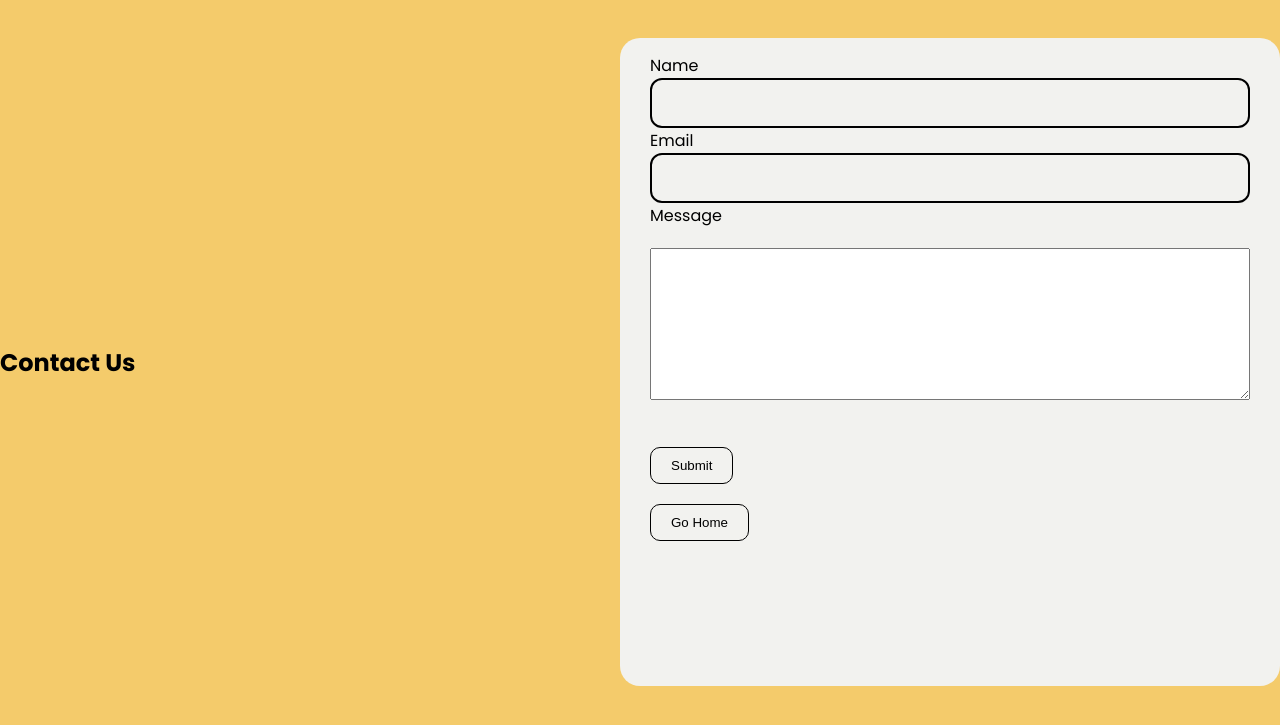
Repository: ble-syn/Random-user-generator-app
Page: /contact
These files come from the project's save history. The page is drawn as it stood at one moment and after the next save; the edit follows.
The browser window is 1280 px wide. The pictures show the whole page.
The project was rebuilt for these pictures with package versions that can differ from the ones it lists, and the page was loaded fresh each time. Also part of the build but not shown: src/components/Navbar.jsx, src/components/pagination.jsx, src/components/ErrorFallback.jsx, src/components/User.jsx, src/pages/Home.jsx, src/pages/About.jsx, src/pages/Vision.jsx, src/pages/Mission.jsx and 1 more.

Above is the page before, as saved 2022-10-28 19:16:19.

### src/index.css
@import url("https://fonts.googleapis.com/css2?family=Poppins:ital,wght@0,200;0,300;0,400;0,500;0,600;0,700;1,400&display=swap");
*{
  margin: 0;
  padding: 0;
  box-sizing: border-box;
}
a {
  text-decoration: none;
  color: #000;
}
ul{
  list-style: none;
}
body {
  background-color: #F4CB6B;
  font-family: "Poppins", sans-serif;
}
button {
  margin-top: 20px;
  padding:10px 20px;
  background: none;
  border-radius: 10px;
  border: 1px solid black;
}

.container {
  width: 100%;
  max-width: 1300px;
  margin: 3% auto;

}

nav {
  display: flex;
  justify-content: first baseline;
  margin-bottom: 100px;
}
.logo{
  margin-right: 5px;
}
.menu {
  margin: 0 20px;
}

.home-container{
  display: flex;
  align-items: center;
}
/* LEFT STYLES */
#left {
  flex: 5;
}
#left h1 {
  font-size: 3rem;
  font-weight: 700;
  margin-bottom: 20px;
}
#left p {
  font-size: 1.2rem;
  margin-bottom: 20px;
}
.search-input {
  width: 80%;
  background-color: #dadada;
  border-radius: 12px;
  border: none;
  display: flex;
  place-items: center;
  padding-left: 15px;
  margin: 50px 0;
}
input {
  border: none;
  border-radius: 12px;
  background-color: inherit;
  width: 100%;
  height: 50px;
  padding-left: 5px;
  font-size: 20px;
}
input:focus {
  outline: none;
}
input::placeholder {
  color: #171717;
}
.user-link-cont {
  margin-top: 70px;
}
.user-link{
  margin-right: 80px;
  padding: 30px;
  border-radius: 10px;
  color: #FFF;
  cursor: pointer;
  border: none;
  box-shadow: 0px 2px 5px  rgba(0, 0, 0, 0.5);
}
.all-user {
  background-color: #BF9679;
}
.f-user{
  background-color: #F97661;
}
.m-user{
background-color: #8DCC50;
}

#right{
  height: 90vh;
  flex: 5;
  margin-left: 20px;
  background-color: #F2F2EF;
  border-radius: 20px;
  padding: 15px 30px;

}

.usercard {
  background-color: #F2F2EF;
  border-radius: 20px;
  display: flex;
  justify-content: space-between;
  align-items: center;
  padding: 20px;
  margin: 20px 0;
  box-shadow: 0px 2px 5px rgba(0, 0, 0, 0.5);
}

.usercard img {
 border: 5px solid #BF9679;;
  border-radius: 50%;
  margin: 5px 0;
}

.pagination {
  display: flex;
  justify-content: center;
  align-items: center;
  gap: 12px;
  margin: 20px 0;
}

.pagination-num {
  display: flex;
  justify-content: center;
  align-items: center;
  gap: 12px;
}

.pagination-child,
.prev,
.next {
  opacity: 1;
  border: 1px solid #000;
  padding: 8px 16px;
  cursor: pointer;
  border-radius: 10px;
  transition: all 0.3s ease;
}

.pagination-child:hover,
.prev:hover,
.next:hover {
  transform: scale(1.1);
}

.disabled {
  opacity: 0.5;
  cursor: not-allowed;
}
.notfound {
  display: flex;
  flex-direction: column;
  justify-content: center;
  align-items: center;
  height: 70vh;
  font-size: 2rem;
  font-weight: 700;
}
.notfound img{
  height: 200px;
}

input {
  border: 2px solid black;
}
textarea {
  width: 100%;
  margin: 20px 0;
}

### src/App.js
import { BrowserRouter as Router, Routes, Route, Navigate} from "react-router-dom";
import Navbar from "./components/Navbar";
import Home from "./pages/Home";
import About from "./pages/About";
import Policy from "./pages/Vision";
import Terms from "./pages/Mission";
import Contact from "./pages/Contact";
import NotFound from "./pages/NotFound";
import Mission from "./pages/Mission";
import Vision from "./pages/Vision";

function App() {
  return (
    <div className="container">
      <Router>
        <Routes>
          <Route path="/" element={<Home />} />
          <Route path="/about" element={<About />}>
            <Route path="mission" element={<Mission />} />
            <Route path="vision" element={<Vision />} />
          </Route>
          <Route path="/contact" element={<Contact />} />
          <Route path="/not-found" element={<NotFound />} />
          <Route path="*" element={<Navigate to="/not-found" />} />
        </Routes>
      </Router>

    </div>
  );
}

export default App;

### src/pages/Contact.jsx
import React from "react";
import {useNavigate} from "react-router-dom";

function Contact() {
  const navigate = useNavigate()
  const  goHome =(event) =>{
    event.preventDefault()
    navigate("/")
}
  return (
    <div className="home-container">
      <div id="left">
        <h2>Contact Us</h2>
      </div>

      <div id="right">
       <form>
          <label htmlFor="name">Name</label>
          <input type="text" name="name" id="name" />
          <label htmlFor="email">Email</label>
          <input type="email" name="email" id="email" />
          <label htmlFor="message">Message</label>
          <textarea name="message" id="message" cols="30" rows="10"></textarea> <br />
          <button type="submit">Submit</button>
       </form>
        <button onClick={goHome}>Go Home</button>
      </div>
    </div>
  );
}

export default Contact;

Loaded but not shown: public/index.html (common file); src/index.js (common file); src/reportWebVitals.js (common file)

After the next save:
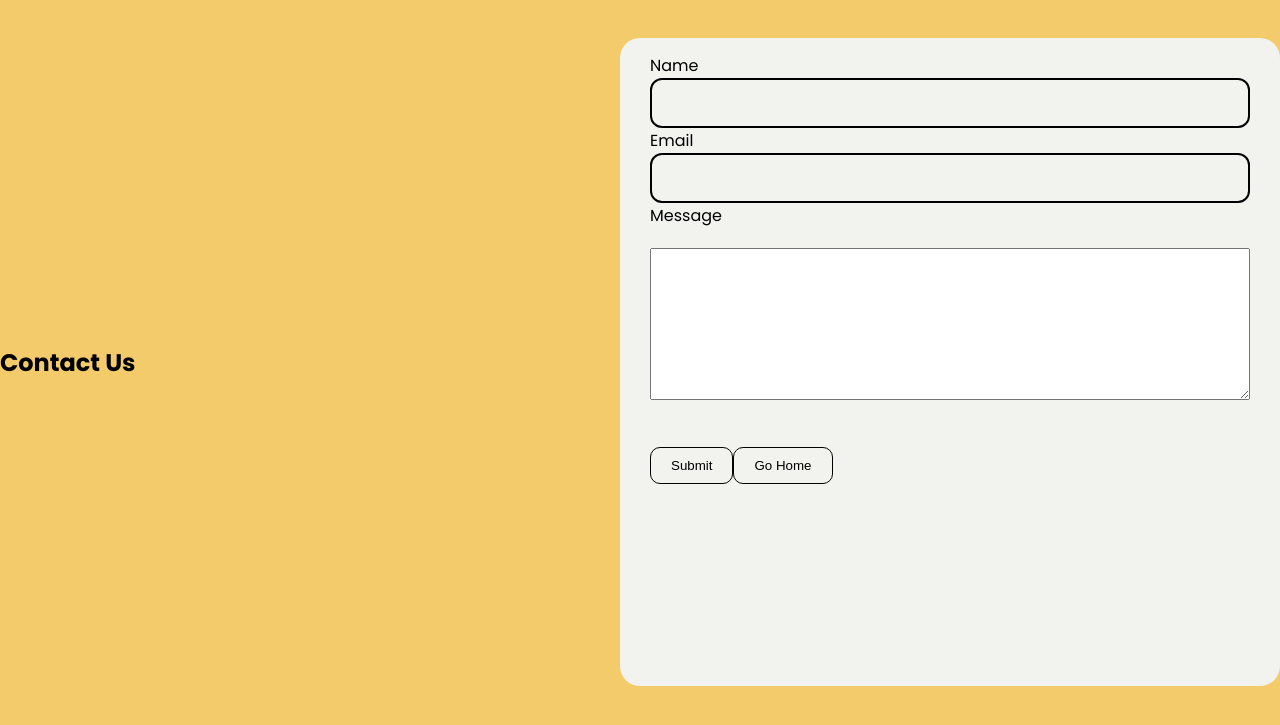
Saved 42 s later.
--- a/src/pages/Contact.jsx
+++ b/src/pages/Contact.jsx
@@ -20,10 +20,14 @@ function Contact() {
           <label htmlFor="email">Email</label>
           <input type="email" name="email" id="email" />
           <label htmlFor="message">Message</label>
-          <textarea name="message" id="message" cols="30" rows="10"></textarea> <br />
-          <button type="submit">Submit</button>
+          <textarea name="message" id="message" cols="30" rows="10"></textarea>
+          <div>
+            <button type="submit">Submit</button>
+            <button onClick={goHome}>Go Home</button>
+          </div>
+
        </form>
-        <button onClick={goHome}>Go Home</button>
+
       </div>
     </div>
   );
